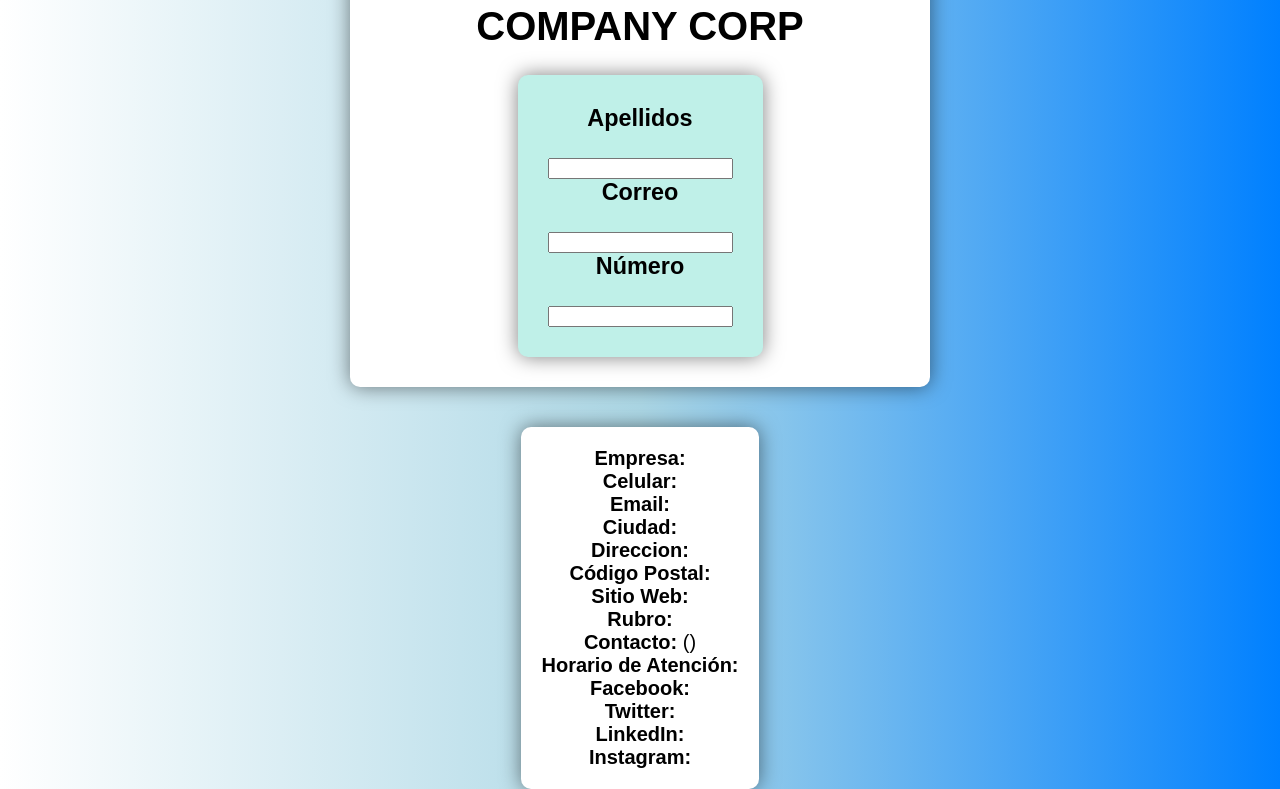
Repository: ANGELEDU141/TAREAWEBEWJASJDASJ
Page: http://localhost/JAVAWEBTAREA/WEB-INF/views/contenido.jsp
An editor plug-in stored every save of this project. The page is shown before and after the next save, followed by the edit.
The browser window is 1280 px wide. The pictures show the whole page.
The page is served by Tomcat 9. Nobody is signed in. The template is opened directly, without the code that normally fills it, so the values that code supplies are empty.

Above is the page before, as saved 2024-09-01 10:10:10.

After the next save:
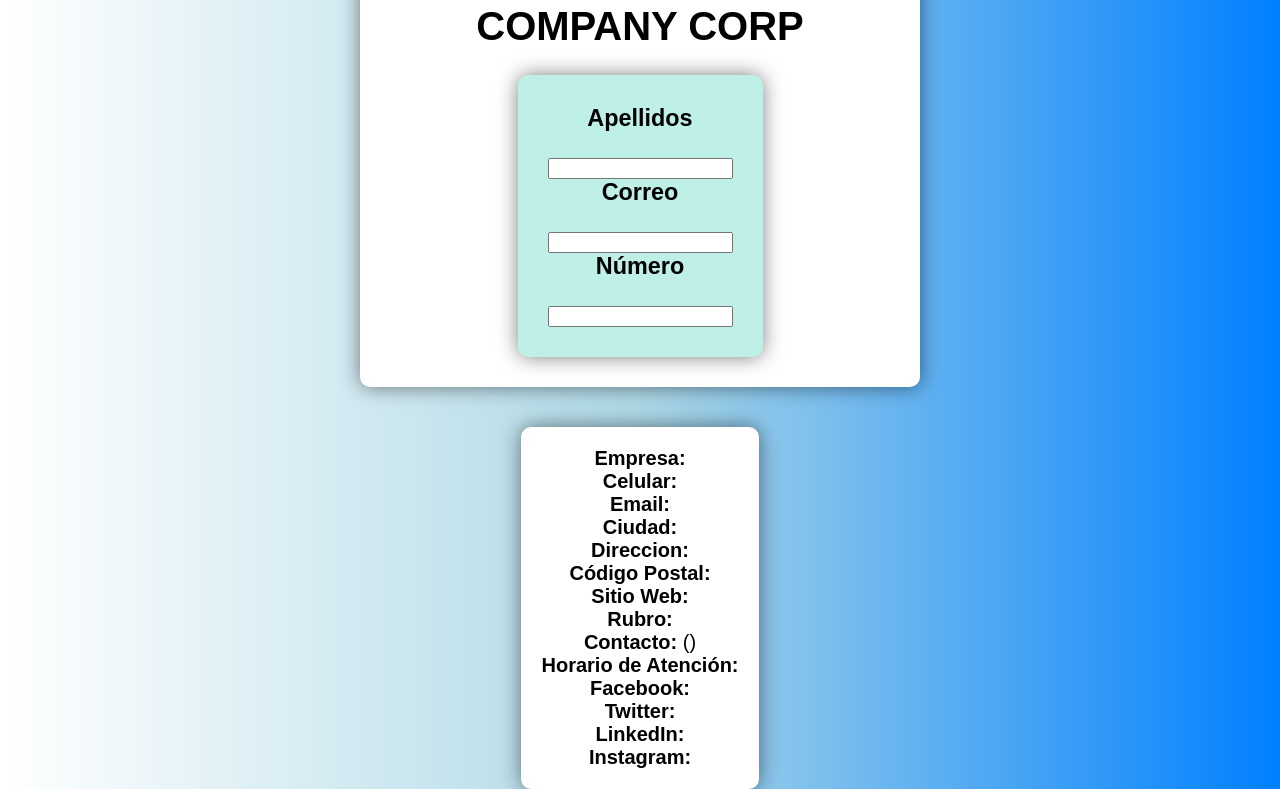
Saved 7 s later.
--- a/JAVAWEBTAREA/src/main/webapp/WEB-INF/views/contenido.jsp
+++ b/JAVAWEBTAREA/src/main/webapp/WEB-INF/views/contenido.jsp
@@ -22,7 +22,7 @@
     }
     .container {
 
-    	width:520px;
+    	width:500px;
 
         max-width: 600px;
         display:flex;
